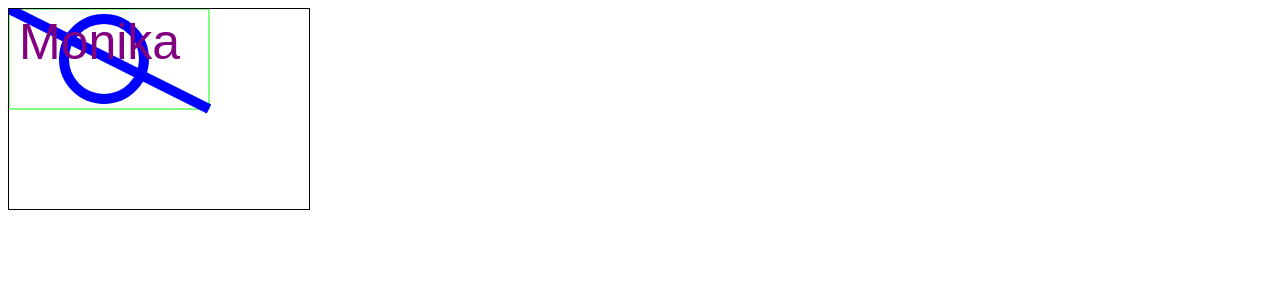
Repository: BhardwajMonika/core-java
Page: HTML2/WebContent/Canvas1.html
These files come from the project's save history. The page is drawn as it stood at one moment and after the next save; the edit follows.
The browser window is 1280 px wide. The pictures show the whole page.

Above is the page before, as saved 2019-02-27 09:39:49.

After the next save:
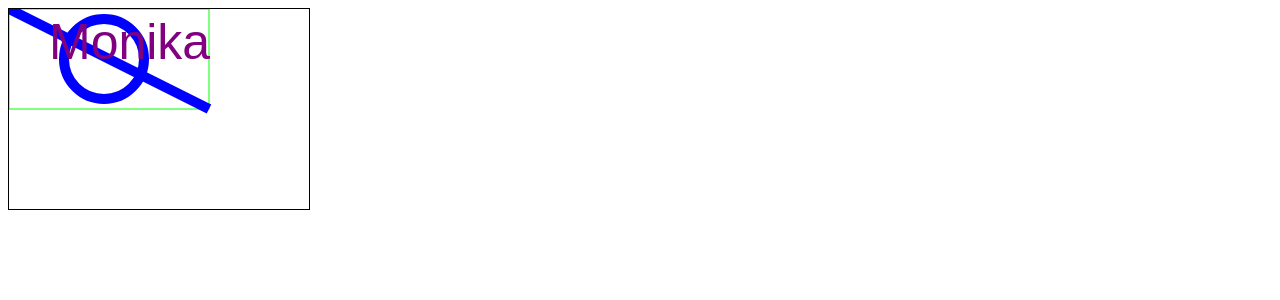
Saved 46 s later.
--- a/HTML2/WebContent/Canvas1.html
+++ b/HTML2/WebContent/Canvas1.html
@@ -34,7 +34,7 @@
 
 	ctx.font="50px Arial";
 	ctx.fillStyle='purple';
-	ctx.fillText("Monika",10,50);
+	ctx.fillText("Monika",40,50);
 
 </script>
 
